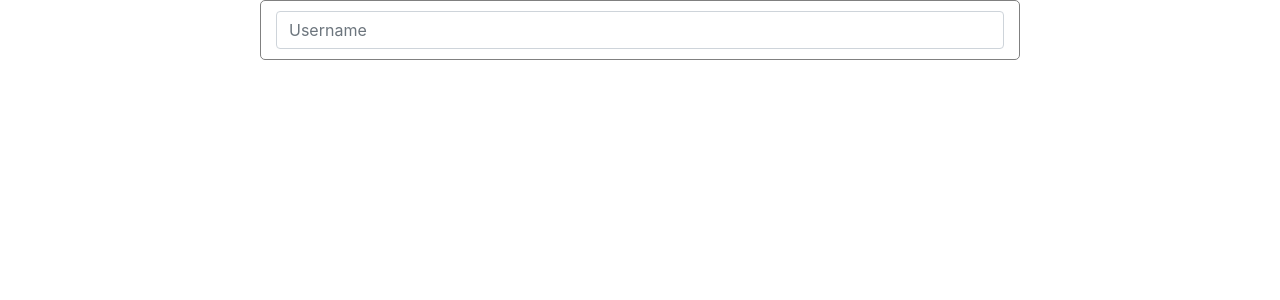
Repository: iian0910/vue3_todoList
Page: /
An editor plug-in stored every save of this project. The page is shown before and after the next save, followed by the edit.
The browser window is 1280 px wide. The pictures show the whole page.
The project was rebuilt for these pictures with package versions that can differ from the ones it lists, and the page was loaded fresh each time.

Above is the page before, as saved 2021-02-23 14:46:07.

After the next save:
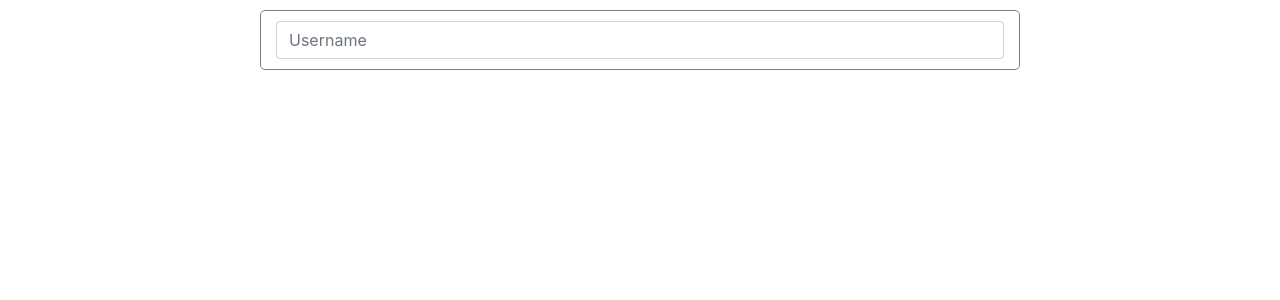
Saved 24 s later.
--- a/src/components/TodoList.vue
+++ b/src/components/TodoList.vue
@@ -14,8 +14,9 @@ export default {
 </script>
 <style lang="scss">
 .content{
+  padding: 10px;
+  margin: 10px 0;
   border: 1px solid gray;
   border-radius: 5px;
-  padding: 10px;
 }
 </style>
